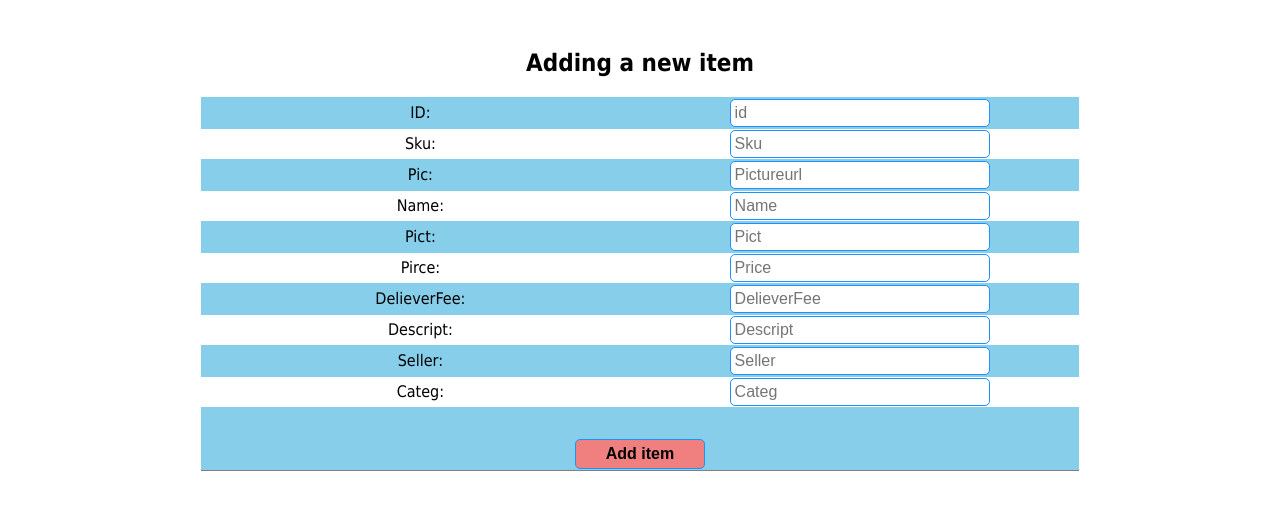
Repository: UnforgivenZZZ/bulldog
Page: http://localhost/bulldog/addingitem.jsp
An editor plug-in stored every save of this project. The page is shown before and after the next save, followed by the edit.
The browser window is 1280 px wide. The pictures show the whole page.
The page is served by Tomcat 9.

Above is the page before, as saved 2017-07-13 02:03:38.

After the next save:
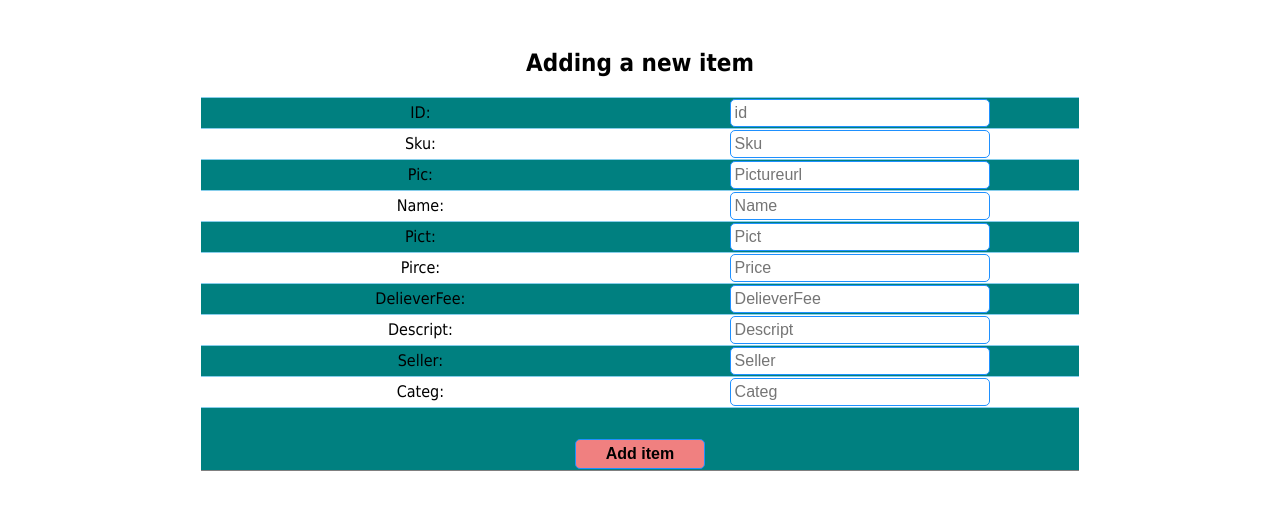
Saved 48 s later.
--- a/bulldog/WebContent/css/style.css
+++ b/bulldog/WebContent/css/style.css
@@ -24,7 +24,7 @@ tr {
 }
 
 tr:nth-child(even) {background: #FFFFFF}
-tr:nth-child(odd) {background: #87CEEB}
+tr:nth-child(odd) {background: 	#008080}
 
 #wrapper {width: 100%; margin-top: 0px; }
 #header {width: 70%; background: #0775d3; margin-top: 0px; }
